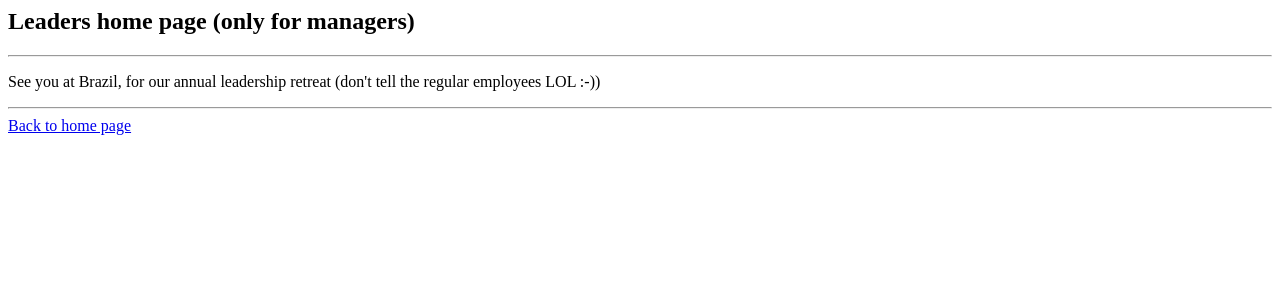
Repository: palash-07/Spring-and-Hibernate-includes-Spring-Boot-
Page: http://localhost/spring-security-demo-07-user-roles/systems
The author's editor kept a copy of each file at every save. The page is drawn from the files as they stood at one save, then again after the next save.
The browser window is 1280 px wide. The pictures show the whole page.
The page is served by Tomcat 9. Other server files are loaded and not shown.

Above is the page before, as saved 2022-07-02 07:21:33.

### spring-security-demo-07-user-roles/src/main/webapp/WEB-INF/view/systems.jsp
<html>

<head>
	<title>Leaders page</title>
</head>

<body>
	<h2>Leaders home page (only for managers)</h2>
	<hr>

	<p>
		See you at Brazil, for our annual leadership retreat (don't tell the regular employees LOL :-))
	</p>

	<hr>

	<a href="${pageContext.request.contextPath}/">Back to home page</a>

</body>

</html>

After the next save:
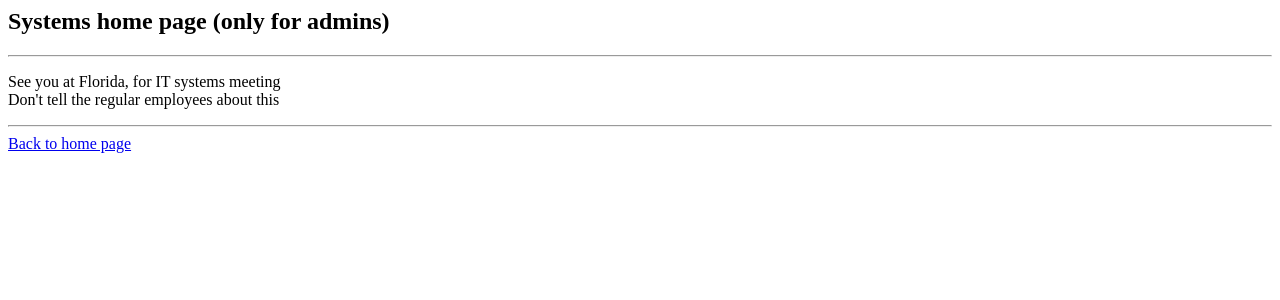
Saved 70 s later.
--- a/spring-security-demo-07-user-roles/src/main/webapp/WEB-INF/view/systems.jsp
+++ b/spring-security-demo-07-user-roles/src/main/webapp/WEB-INF/view/systems.jsp
@@ -1,15 +1,17 @@
 <html>
 
 <head>
-	<title>Leaders page</title>
+	<title>Systems page</title>
 </head>
 
 <body>
-	<h2>Leaders home page (only for managers)</h2>
+	<h2>Systems home page (only for admins)</h2>
 	<hr>
 
 	<p>
-		See you at Brazil, for our annual leadership retreat (don't tell the regular employees LOL :-))
+		See you at Florida, for IT systems meeting
+		<br>
+		Don't tell the regular employees about this
 	</p>
 
 	<hr>
